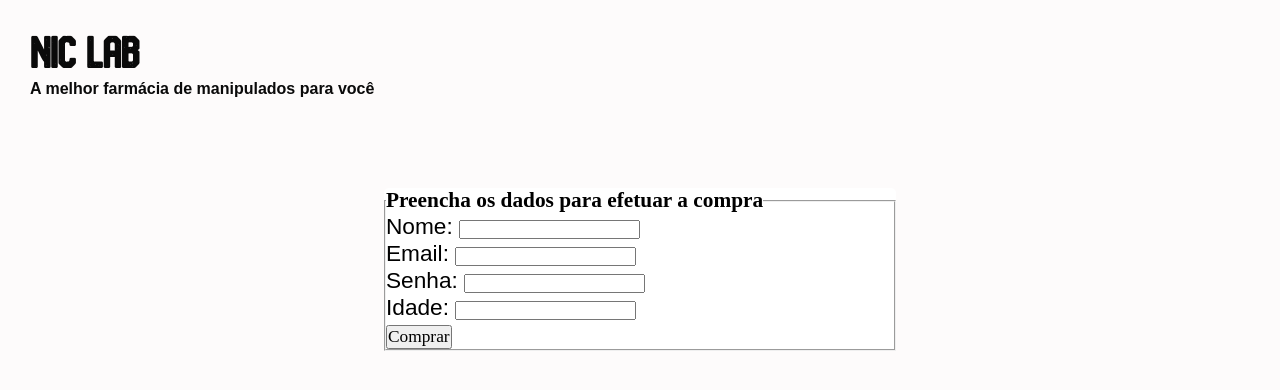
Repository: Leonngc/Lab
Page: comprar.html
These files come from the project's save history. The page is drawn as it stood at one moment and after the next save; the edit follows.
The browser window is 1280 px wide. The pictures show the whole page.

Above is the page before, as saved 2022-12-30 12:27:47.

After the next save:
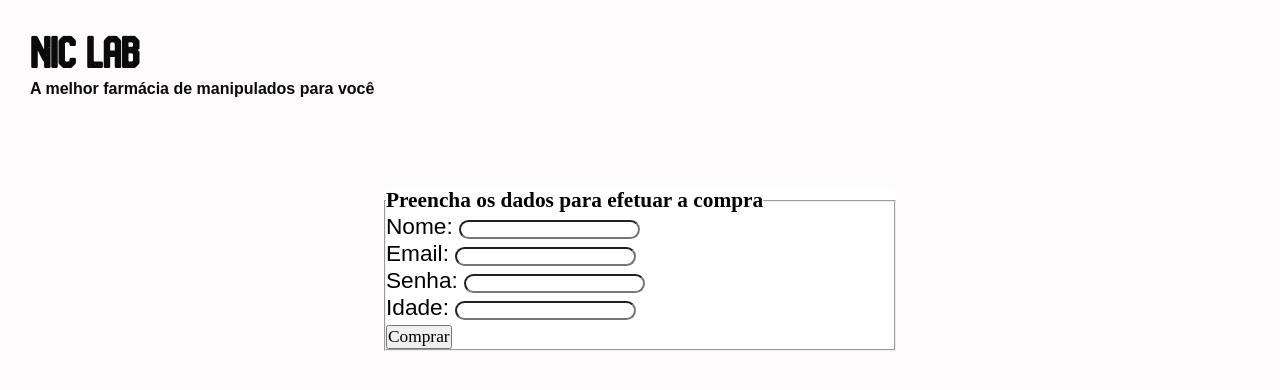
Saved 4 s later.
--- a/styles/pag-compra.css
+++ b/styles/pag-compra.css
@@ -56,5 +56,5 @@ input#nome{
 }
 
 .dados{
-    bor
+    border-radius: 12px;
 }
